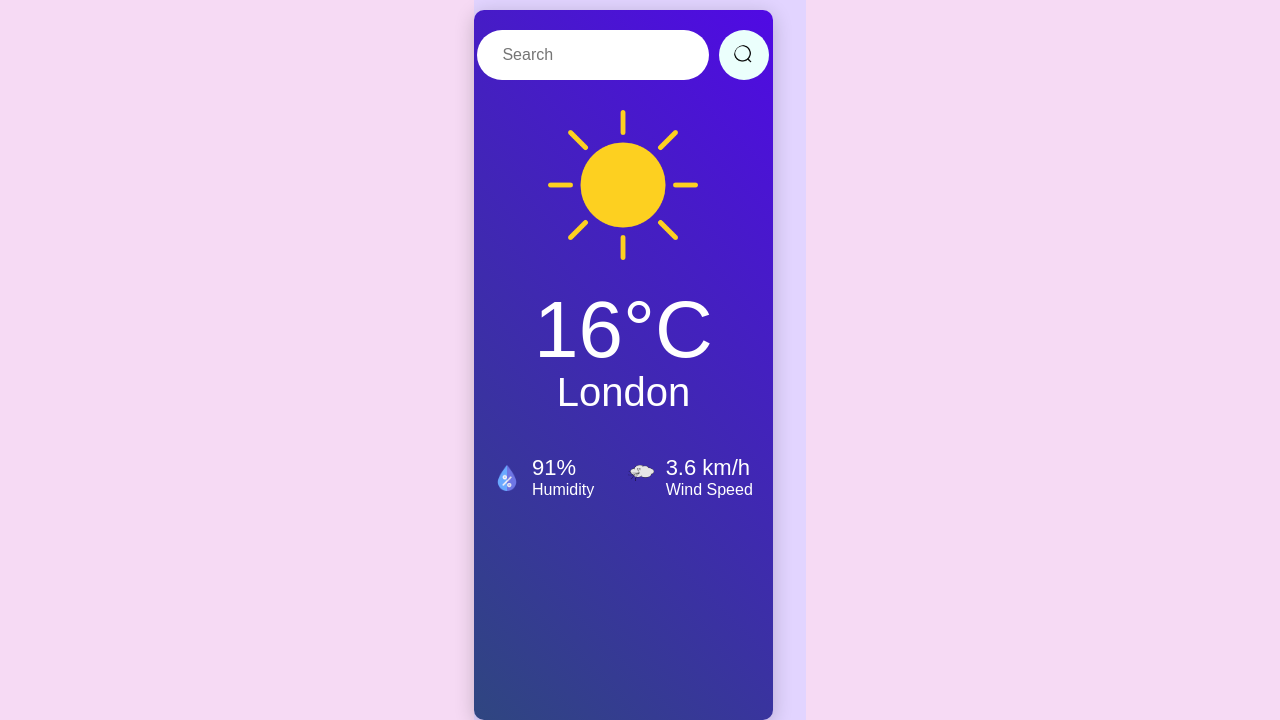
Repository: wakoya-tech/wheather-app
Page: /
These files come from the project's save history. The page is drawn as it stood at one moment and after the next save; the edit follows.
The browser window is 1280 px wide. The pictures show the whole page.
The project was rebuilt for these pictures with package versions that can differ from the ones it lists, and the page was loaded fresh each time. Also part of the build but not shown: vite.config.js, src/App.css.

Above is the page before, as saved 2025-10-18 21:45:26.

### index.html
<!DOCTYPE html>
<html lang="en">
  <head>
    <meta charset="UTF-8" />
    <link rel="icon" type="image/svg+xml" href="/vite.svg" />
    <meta name="viewport" content="width=device-width, initial-scale=1.0" />
    <title>Weather App - wakoCode</title>
  </head>
  <body>
    <div id="root"></div>
    <script type="module" src="/src/main.jsx"></script>
  </body>
</html>

### src/App.jsx
import { useState } from 'react'
import Weather from './Components/Weather'

import './App.css'

function App() {
 return(
 <div className='App'>

<Weather/>

 </div>

 )

}

export default App

### src/index.css

*{
    margin: 0;
    padding: 0;
    box-sizing: border-box;
    font-family: "poppins",sans-serif;
}
.App {
    min-height: 100vh;
    display: grid;
    background: #e2d4ff;
}

### src/Components/Weather.jsx
import React from 'react';
import './Weather.css';
import search_icon from '../assets/Search.png';
import clear from '../assets/Clear.png';
import wind from '../assets/Wind.png';
import humidity from '../assets/Humidity.png';

function Weather() {
  return (
    <div className='weather'>
      <div className="search-bar">
        <input type="text" placeholder='Search' />
        <img src={search_icon} alt="Search" />
      </div>

      <img src={clear} alt="Weather Icon" className='weather-icon' />
      <p className='temperature'>16°C</p>
      <p className='location'>London</p>

      <div className="weather-data">
        <div className="col">
          <img src={humidity} alt="Humidity" />
          <div>
            <p>91%</p>
            <span>Humidity</span>
          </div>
        </div>

        <div className="col">
          <img src={wind} alt="Wind Speed" />
          <div>
            <p>3.6 km/h</p>
            <span>Wind Speed</span>
          </div>
        </div>
      </div>
    </div>
  );
}

export default Weather;

### src/Components/Weather.css
/* App.css or Weather.css */

/* 🌍 Center the entire app on screen */
body {
    margin: 0;
    height: 100vh;
    display: flex;
    justify-content: center;
    align-items: center;
    background: #f6daf4;
  }

  /* 🌤️ Weather container */
  .weather {
    width: 90%;
    max-width: 400px;
    margin-top: 10px;
    padding: 20px;
    border-radius: 10px;
    background-image: linear-gradient(45deg, #2f4680, #500ae4);
    display: flex;
    flex-direction: column;
    align-items: center;

  box-shadow: 0 4px 20px rgba(0, 0, 0, 0.2);


  }

  /* 🔍 Search bar */
  .search-bar {
    display: flex;
    text-align: center;
    align-items: center;
    gap: 10px;
  }

  .search-bar input {
    height: 50px;
    font-size: 16px;
    border-radius: 40px;
    padding-left: 25px;
    border: none;
    outline: none;
    color: #626262;

  }

  .search-bar img {
    width: 50px;
    padding: 15px;
    border-radius: 50%;
    background: #ebfffc;
    cursor: pointer;
    transition: 0.2s ease;
  }

  .search-bar img:hover {
    background: #d6f5f2;
    transform: scale(1.05);
  }

  /* 🌦️ Weather display */
  .weather-icon {
    width: 150px;
    margin: 30px 0;
  }

  .temperature {
    color: #fff;
    font-size: 80px;
    line-height: 1;
  }

  .location {
    color: #fff;
    font-size: 40px;
  }

  /* 💧 Wind & humidity data section */
  .weather-data {
    width: 100%;
    margin-top: 40px;
    color: #fff;
    display: flex;
    justify-content: space-between;
  }
  .weather-data .col{
    display: flex;
    align-items: flex-start;
    gap: 12px;
    font-size: 22px;
  }
  .weather-data .col span{
    display: block;
    font-size: 16px;
  }
  .weather-data .col img{
    width: 26px;
    margin-top: 10px;
  }

Loaded but not shown: src/main.jsx (common file)

After the next save:
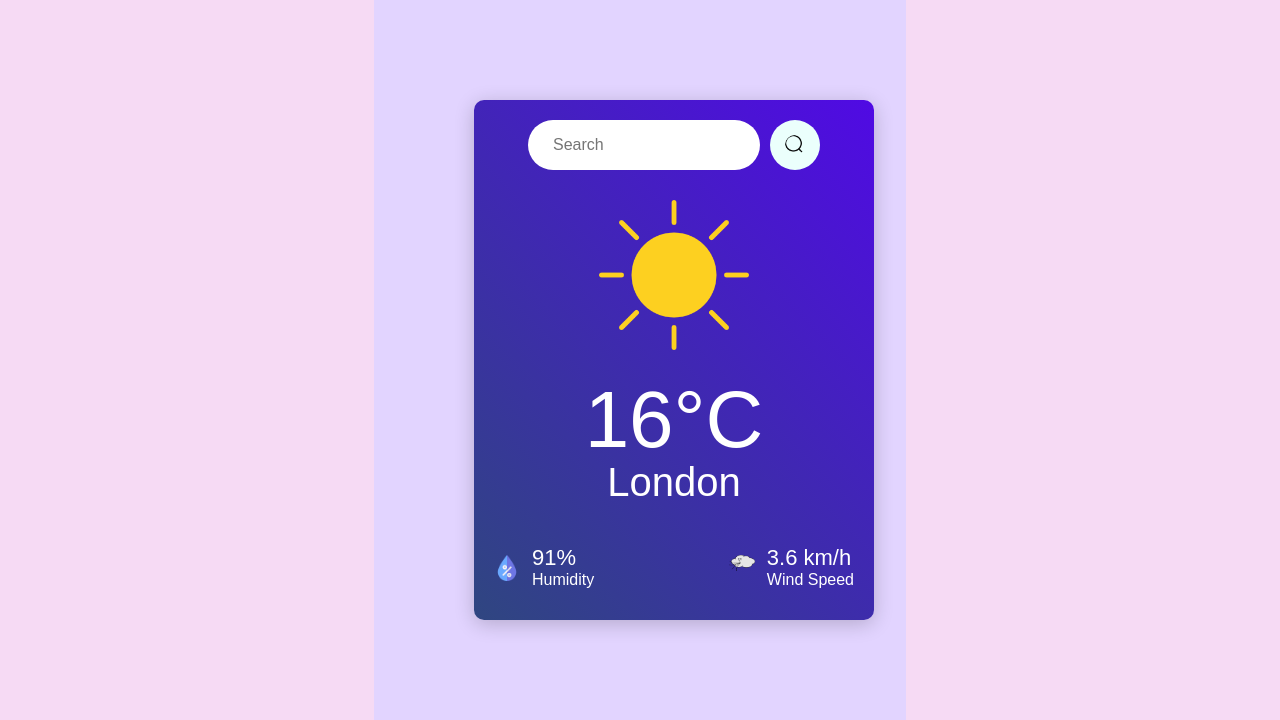
Saved 18 s later.
--- a/src/Components/Weather.css
+++ b/src/Components/Weather.css
@@ -14,7 +14,7 @@ body {
   .weather {
     width: 90%;
     max-width: 400px;
-    margin-top: 10px;
+    margin: 100px;
     padding: 20px;
     border-radius: 10px;
     background-image: linear-gradient(45deg, #2f4680, #500ae4);
